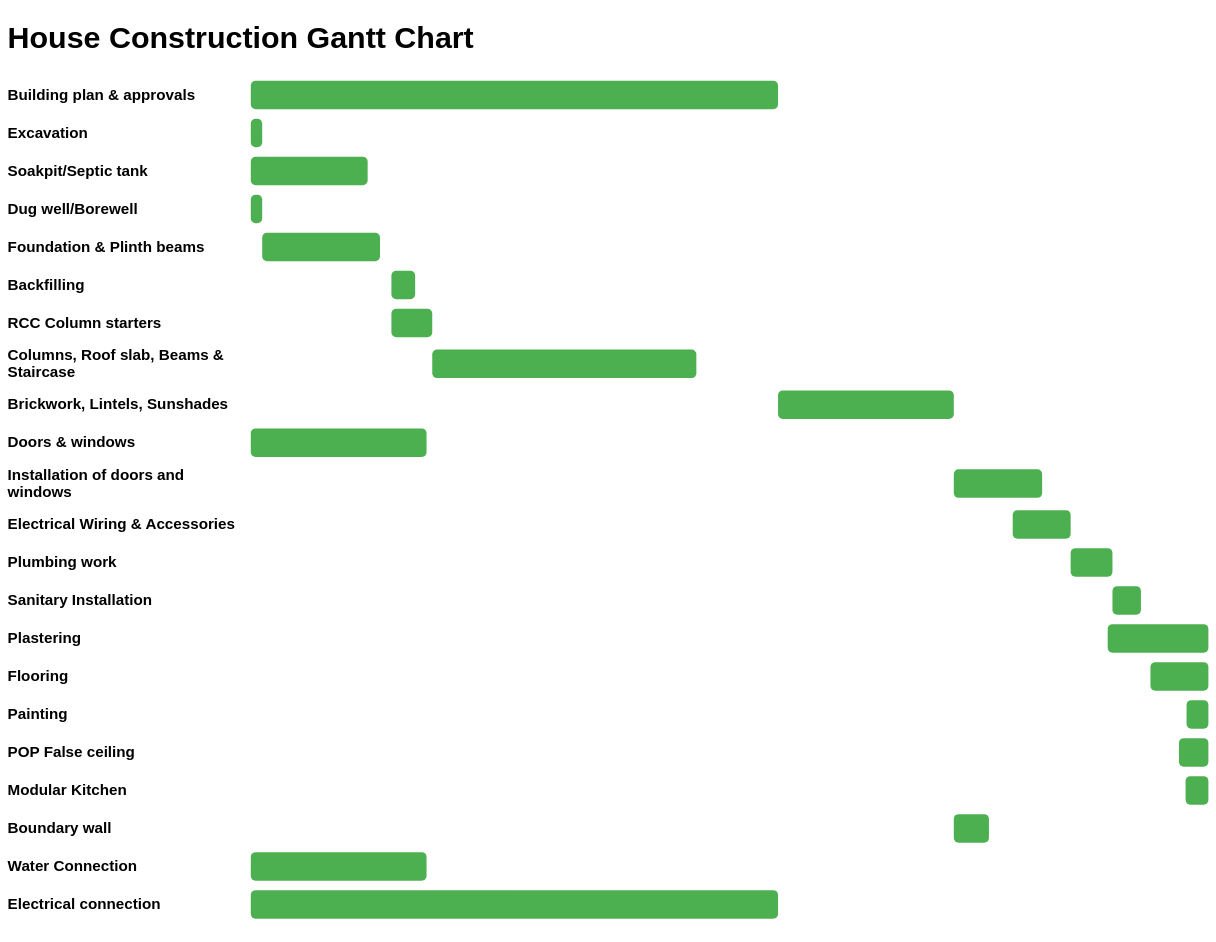
Repository: Madhava-IT-Solutions/yaminikollumittasks
Page: CONSTRUCTION DURATION/DURATION/duaration.html
The author's editor kept a copy of each file at every save. The page is drawn from the files as they stood at one save, then again after the next save.
The browser window is 1280 px wide. The pictures show the whole page, at 95% of full size.

Above is the page before, as saved 2024-12-22 16:14:31.

### CONSTRUCTION DURATION/DURATION/duaration.html
<!DOCTYPE html>
<html lang="en">
<head>
    <meta charset="UTF-8">
    <meta name="viewport" content="width=device-width, initial-scale=1.0">
    <title>House Construction Gantt Chart</title>
    <style>
        body {
            font-family: Arial, sans-serif;
        }
        .gantt-chart {
            display: flex;
            flex-direction: column;
            width: 100%;
            margin: 20px 0;
        }
        .task {
            display: flex;
            align-items: center;
            margin: 5px 0;
        }
        .task-name {
            width: 250px;
            font-weight: bold;
        }
        .bar {
            height: 30px;
            background-color: #4caf50;
            margin-left: 10px;
            border-radius: 5px;
        }
    </style>
</head>
<body>
    <h1>House Construction Gantt Chart</h1>
    <div class="gantt-chart" id="gantt"></div>

    <script>
        const tasks = [
            { name: 'Building plan & approvals', start: 1, duration: 90 },
            { name: 'Excavation', start: 1, duration: 2 },
            { name: 'Soakpit/Septic tank', start: 1, duration: 20 },
            { name: 'Dug well/Borewell', start: 1, duration: 2 },
            { name: 'Foundation & Plinth beams', start: 3, duration: 20 },
            { name: 'Backfilling', start: 25, duration: 4 },
            { name: 'RCC Column starters', start: 25, duration: 7 },
            { name: 'Columns, Roof slab, Beams & Staircase', start: 32, duration: 45 },
            { name: 'Brickwork, Lintels, Sunshades', start: 91, duration: 30 },
            { name: 'Doors & windows', start: 1, duration: 30 },
            { name: 'Installation of doors and windows', start: 121, duration: 15 },
            { name: 'Electrical Wiring & Accessories', start: 131, duration: 10 },
            { name: 'Plumbing work', start: 141, duration: 7 },
            { name: 'Sanitary Installation', start: 148, duration: 5 },
            { name: 'Plastering', start: 153, duration: 20 },
            { name: 'Flooring', start: 173, duration: 18 },
            { name: 'Painting', start: 191, duration: 15 },
            { name: 'POP False ceiling', start: 171, duration: 7 },
            { name: 'Modular Kitchen', start: 179, duration: 7 },
            { name: 'Boundary wall', start: 121, duration: 6 },
            { name: 'Water Connection', start: 1, duration: 30 },
            { name: 'Electrical connection', start: 1, duration: 90 }
        ];

        const chartContainer = document.getElementById('gantt');
        const maxDays = 205;

        tasks.forEach(task => {
            const taskElement = document.createElement('div');
            taskElement.classList.add('task');

            const taskName = document.createElement('div');
            taskName.classList.add('task-name');
            taskName.textContent = task.name;

            const bar = document.createElement('div');
            bar.classList.add('bar');
            bar.style.width = `${(task.duration / maxDays) * 100}%`;
            bar.style.marginLeft = `${(task.start / maxDays) * 100}%`;

            taskElement.appendChild(taskName);
            taskElement.appendChild(bar);
            chartContainer.appendChild(taskElement);
        });
    </script>
</body>
</html>

After the next save:
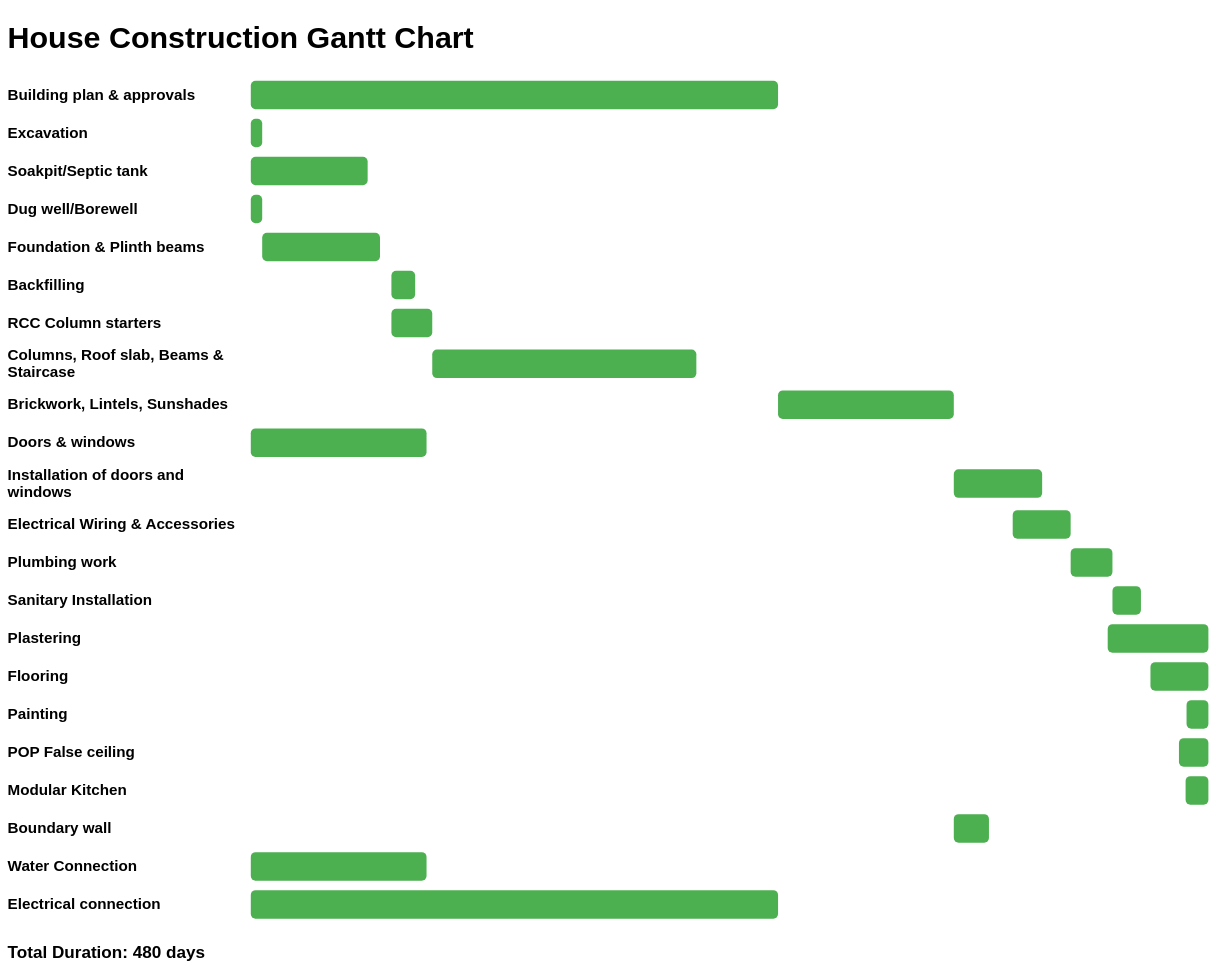
Saved 10 s later.
--- a/CONSTRUCTION DURATION/DURATION/duaration.html
+++ b/CONSTRUCTION DURATION/DURATION/duaration.html
@@ -18,6 +18,7 @@
             display: flex;
             align-items: center;
             margin: 5px 0;
+            cursor: pointer;
         }
         .task-name {
             width: 250px;
@@ -28,12 +29,22 @@
             background-color: #4caf50;
             margin-left: 10px;
             border-radius: 5px;
+            transition: background-color 0.3s ease;
+        }
+        .bar:hover {
+            background-color: #45a049;
+        }
+        .total-duration {
+            margin-top: 20px;
+            font-size: 18px;
+            font-weight: bold;
         }
     </style>
 </head>
 <body>
     <h1>House Construction Gantt Chart</h1>
     <div class="gantt-chart" id="gantt"></div>
+    <div class="total-duration" id="totalDuration"></div>
 
     <script>
         const tasks = [
@@ -62,7 +73,9 @@
         ];
 
         const chartContainer = document.getElementById('gantt');
+        const totalDurationElement = document.getElementById('totalDuration');
         const maxDays = 205;
+        let totalDays = 0;
 
         tasks.forEach(task => {
             const taskElement = document.createElement('div');
@@ -76,11 +89,20 @@
             bar.classList.add('bar');
             bar.style.width = `${(task.duration / maxDays) * 100}%`;
             bar.style.marginLeft = `${(task.start / maxDays) * 100}%`;
+            bar.dataset.duration = task.duration;
+
+            bar.addEventListener('click', () => {
+                alert(`${task.name} - Duration: ${task.duration} days`);
+            });
 
             taskElement.appendChild(taskName);
             taskElement.appendChild(bar);
             chartContainer.appendChild(taskElement);
+
+            totalDays += task.duration;
         });
+
+        totalDurationElement.textContent = `Total Duration: ${totalDays} days`;
     </script>
 </body>
 </html>
